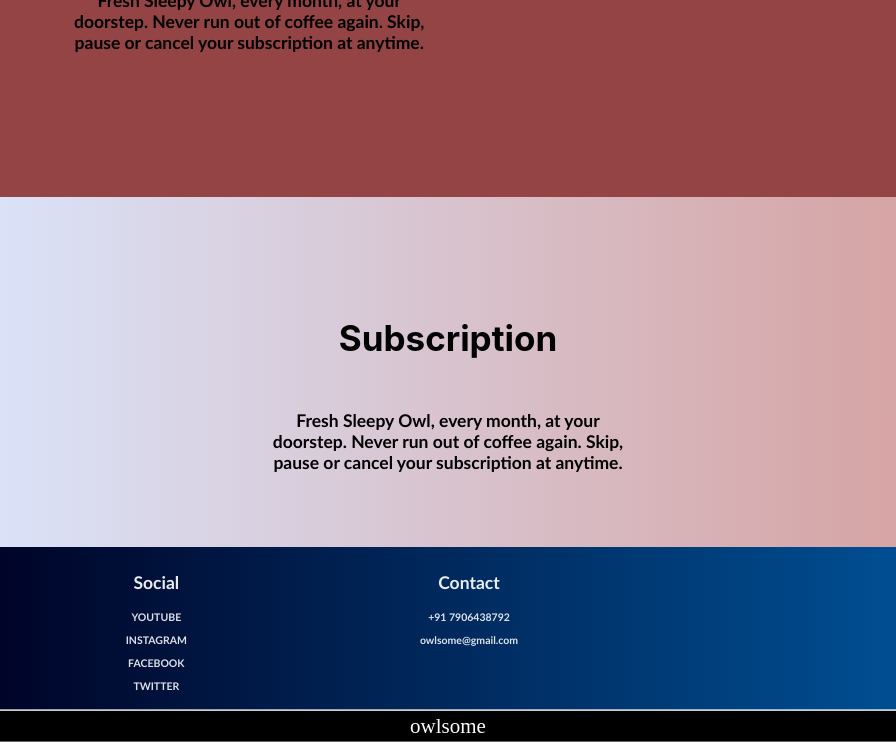
Repository: tusharpasricha/owlsomecoffee
Page: /
An editor plug-in stored every save of this project. The page is shown before and after the next save, followed by the edit.
The browser window is 1280 px wide. The pictures show the part of the page from y = 4128 to 6048 px (the page is 5188 px tall before and 6048 px after), at 70% of full size.
Some web fonts or font styles are not loaded; a fallback is used. The project was rebuilt for these pictures with package versions that can differ from the ones it lists, and the page was loaded fresh each time. Some packages were replaced by stand-ins written for this rebuild.

Above is the page before, as saved 2021-09-27 21:39:57.

After the next save:
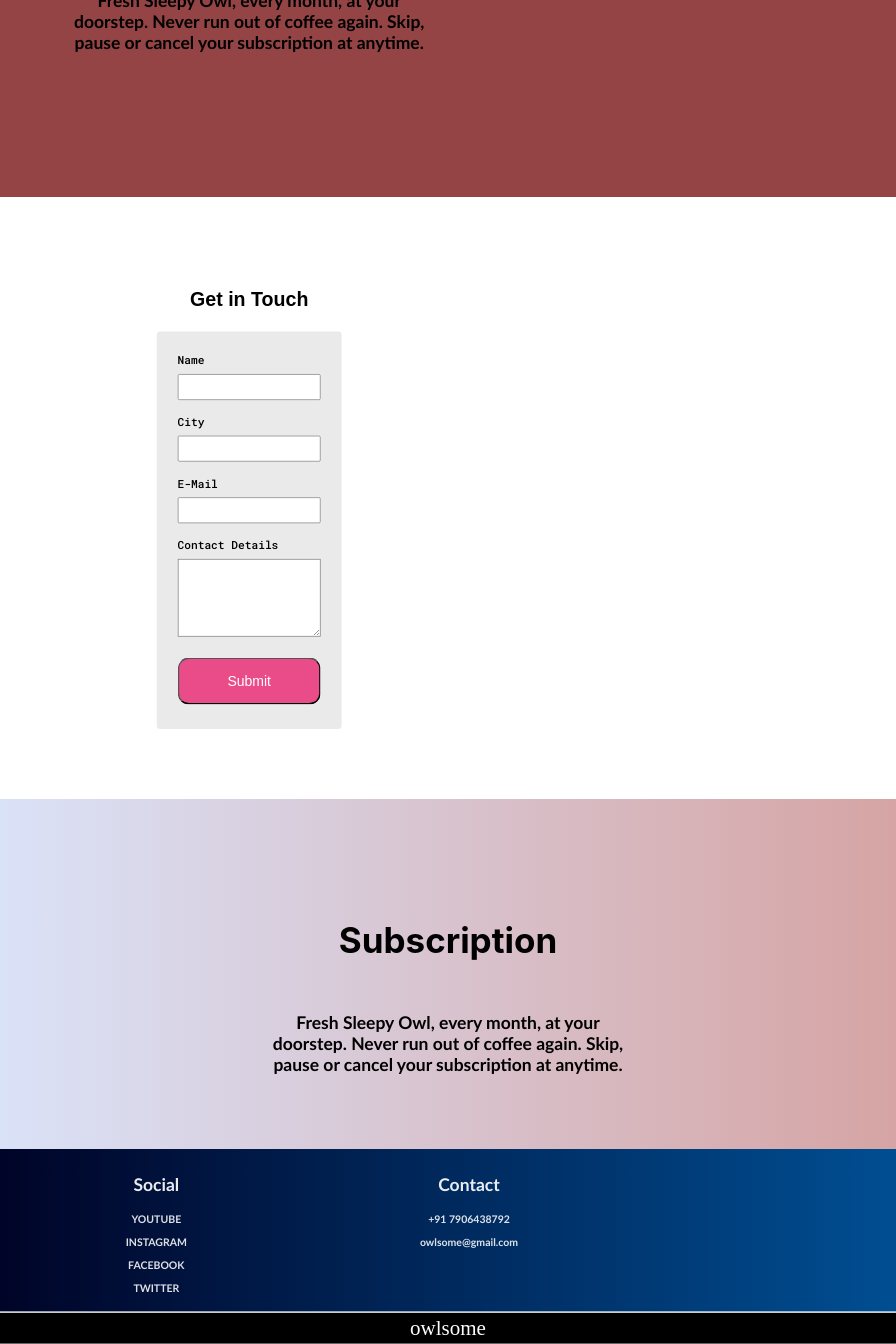
Saved 15 s later.
--- a/src/App.js
+++ b/src/App.js
@@ -37,6 +37,7 @@ function App() {
      <Giftboxes></Giftboxes>
      <Merchandise></Merchandise>
      <Coupons></Coupons>
+     <Contact></Contact>
      <Subs></Subs>
      <Beforefootor></Beforefootor>
     <Footor></Footor>
